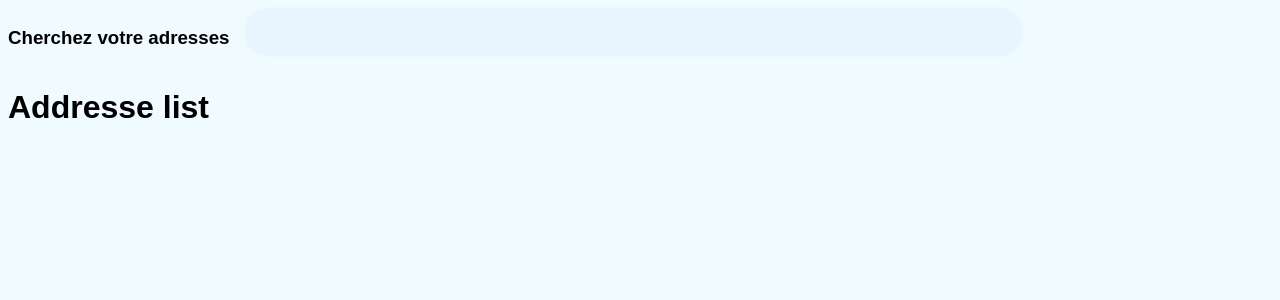
Repository: DnPako/test-forked
Page: /
An editor plug-in stored every save of this project. The page is shown before and after the next save, followed by the edit.
The browser window is 1280 px wide. The pictures show the whole page.
The page's requests for data from a server got no answer. The project was rebuilt for these pictures with package versions that can differ from the ones it lists, and the page was loaded fresh each time. No one was signed in, and anything a server would have sent is missing.

Above is the page before, as saved 2022-02-14 13:05:24.

After the next save:
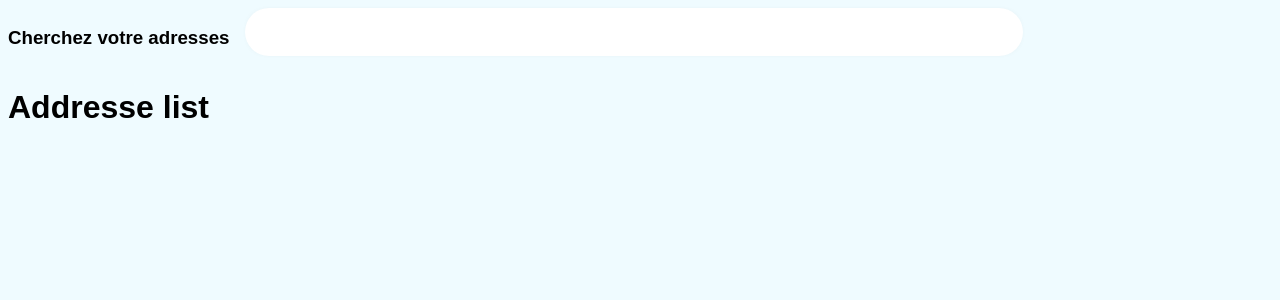
Saved 13 s later.
--- a/src/addresses/components/SearchInput.jsx
+++ b/src/addresses/components/SearchInput.jsx
@@ -11,7 +11,7 @@ const inputStyle = {
     height: "3rem",
     padding: "0 0.714em",
     borderRadius: "5em",
-    backgroundColor: "#e8f5ff",
+    backgroundColor: "#fff",
     border: "1rem #000",
     outline: "0",
     boxShadow: "0 0 10px -9px #000",
